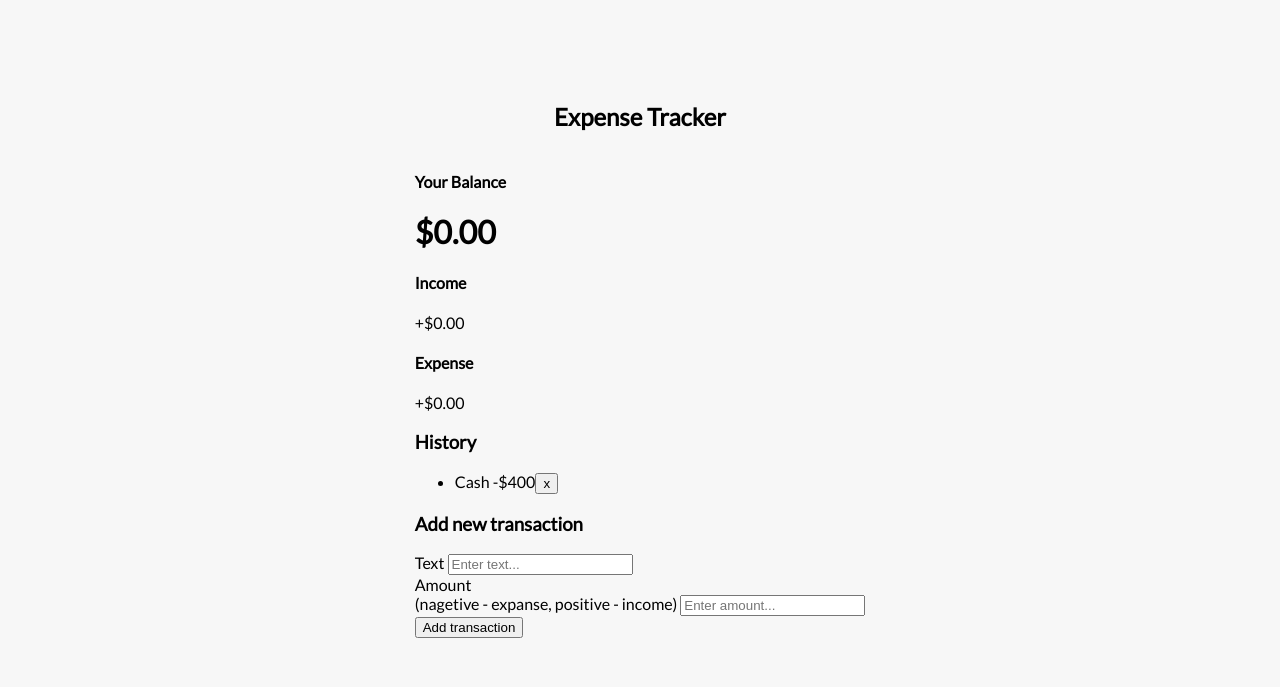
Repository: Youvelop/expenseTracker
Page: index.html
An editor plug-in stored every save of this project. The page is shown before and after the next save, followed by the edit.
The browser window is 1280 px wide. The pictures show the whole page.

Above is the page before, as saved 2020-06-30 12:43:52.

After the next save:
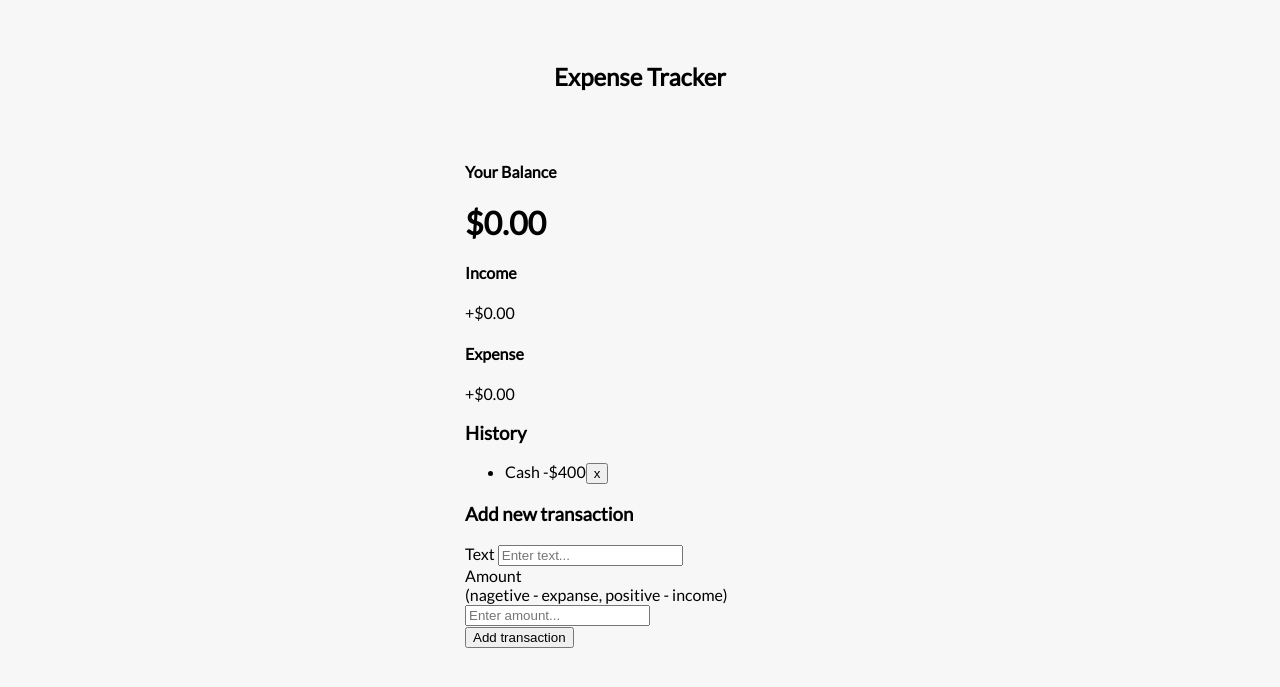
Saved 32 s later.
--- a/style.css
+++ b/style.css
@@ -17,3 +17,8 @@ body {
   margin: 0;
   font-family: 'Lato', sans-serif;
 }
+
+.container {
+  margin: 30px;
+  width: 350px;
+}
